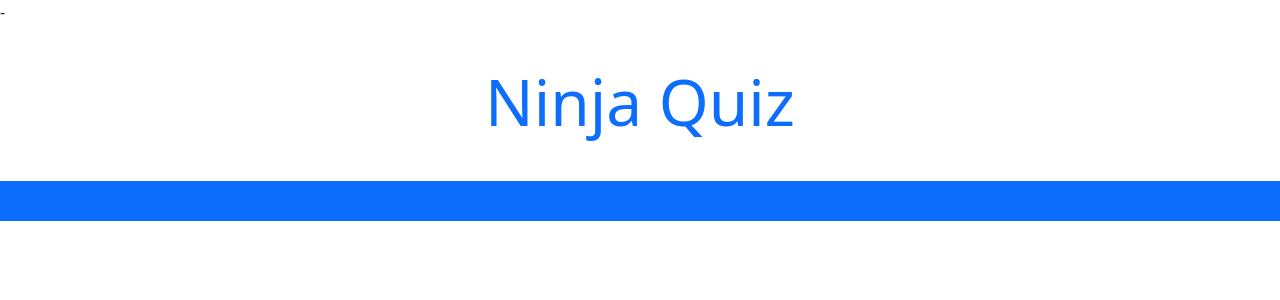
Repository: Programmer-RD-AI/Modern-JavaScript-Complete-guide-from-Novice-to-Ninja
Page: ninja_quiz/index.html
An editor plug-in stored every save of this project. The page is shown before and after a run of saves, followed by the edit.
The browser window is 1280 px wide. The pictures show the whole page.

Above is the page before, as saved 2023-12-26 14:17:01.

### ninja_quiz/index.html
<html lang="en">
  <head>
    <meta charset="UTF-8" />
    -
    <meta name="viewport" content="width=device-width, initial-scale=1.0" />
    <link
      href="https://cdn.jsdelivr.net/npm/bootstrap@5.3.2/dist/css/bootstrap.min.css"
      rel="stylesheet"
      integrity="sha384-T3c6CoIi6uLrA9TneNEoa7RxnatzjcDSCmG1MXxSR1GAsXEV/Dwwykc2MPK8M2HN"
      crossorigin="anonymous"
    />
    <title>Ninja Quiz</title>
    <link rel="stylesheet" href="style.css" />
  </head>
  <body>
    <!-- introduction -->
    <div class="intro py-3 bg-white text-center">
      <div class="container">
        <h2 class="text-primary display-3 my-4">Ninja Quiz</h2>
      </div>
    </div>
    <!-- quiz section -->
    <div class="quiz py-3 bg-primary">
        <div class="container">
            <h2></h2>
        </div>
    </div>
    <script src="app.js"></script>
  </body>
</html>

Loaded but not shown: ninja_quiz/app.js (no copy from this time; the picture is the same without it); ninja_quiz/style.css (no stored copy; drawn as an empty file)

After the next 2 saves:
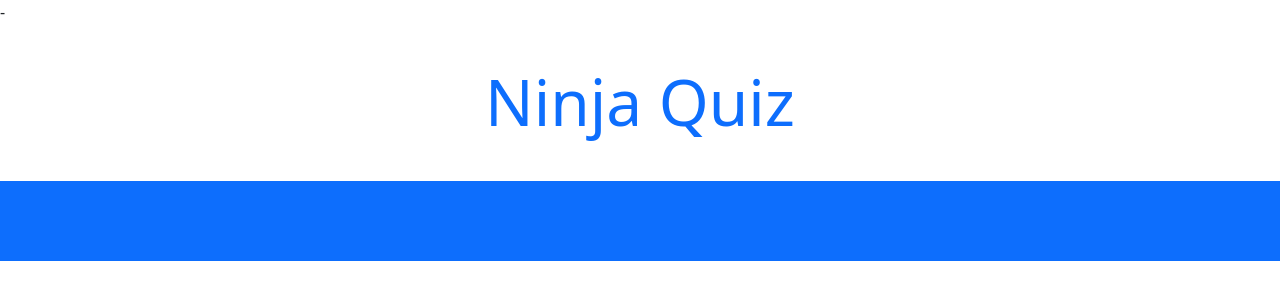
The 2 saves are shown as one change because they came seconds apart.
The last was saved 7 s later.
--- a/ninja_quiz/index.html
+++ b/ninja_quiz/index.html
@@ -22,7 +22,7 @@
     <!-- quiz section -->
     <div class="quiz py-3 bg-primary">
         <div class="container">
-            <h2></h2>
+            <h2 class="my-5 text-white"></h2>
         </div>
     </div>
     <script src="app.js"></script>
